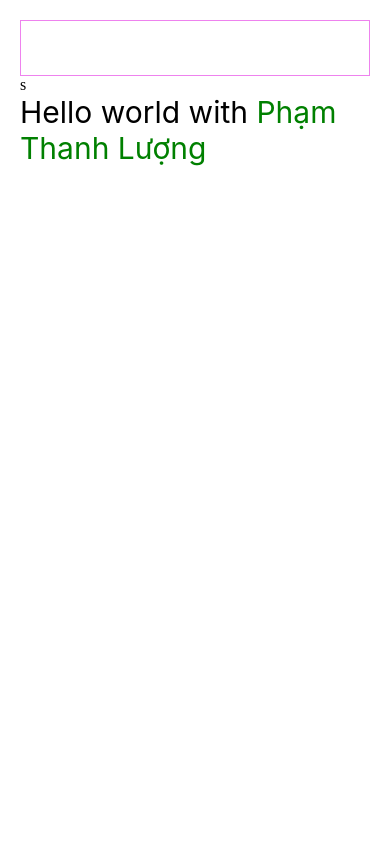
Repository: LuongPTCE181311/React-Native-Ultimate
Screen: /
These files come from the project's save history. The screen is drawn as it stood at one moment and after a run of saves; the edit follows.
The app was drawn by React Native's web renderer in a window 390 px wide. The project was rebuilt for these pictures with package versions that can differ from the ones it lists, and the page was loaded fresh each time. Some packages were replaced by stand-ins written for this rebuild.

Above is the screen before, as saved 2026-05-30 15:40:36.

After the next 4 saves:
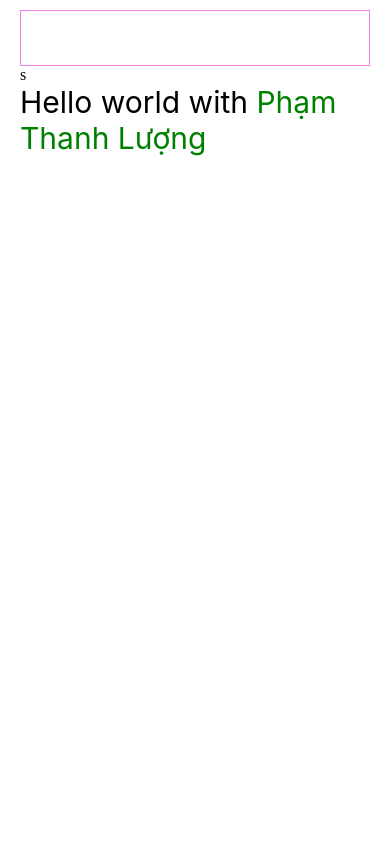
The 4 saves are shown as one change because 1 did not build or start and some came seconds apart.
The last was saved 46 s later.
--- a/App.tsx
+++ b/App.tsx
@@ -48,6 +48,7 @@ const styles = StyleSheet.create({
     // alignItems: 'center',
     // justifyContent: 'center'
     padding: 20,
+    paddingTop: 10
   },
   borderInput: {
     borderColor: "violet",
